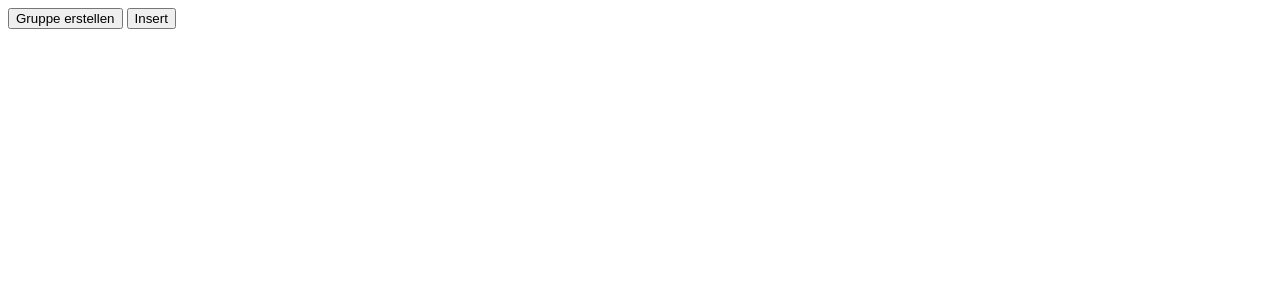
Repository: ubermanalex/DjCrowd
Page: ScaleYourFriends/online_home.html
These files come from the project's save history. The page is drawn as it stood at one moment and after the next save; the edit follows.
The browser window is 1280 px wide. The pictures show the whole page.

Above is the page before, as saved 2013-06-11 13:12:48.

### ScaleYourFriends/online_home.html
<!--<ul data-role="listview" data-filter="true">
<li>
<a href="group.html" data-transition="slide">
<h1>Coole Gruppe</h1>
<img src="http://s2.favim.com/orig/37/best-friends-cute-finger-hand-love-Favim.com-302503.jpg">
<p>Erika Mustermann, Alexander Vielhauer</p>
</a>
</li>
<li>
<a href="group.html" data-transition="slide">
<img src="http://www.automation-news.de/gruppe1.gif">
<h1>Gruppe1</h1>
<p>Norine,Kirstin,Steffi,Alex</p>
</a>
</li>
<li>
<a href="group.html" data-transition="slide">
<img src="http://i44.tinypic.com/5eu812_th.png">
<h1>Gruppe2</h1>
<p>Peter</p>
</a>
</li>
</ul>-->
<form>

	<!-- Change "<li>test</li>" to whatever you want -->
	<!-- Change "0" to which list item to insert before (starts at 0, not 1) -->


	<input value="Gruppe erstellen" onClick="insertItem('thumbs',0)" type="submit">
	<input type='button' value='Insert' onClick="insertItem('thumbs',0)">

	<ul id="thumbs">

	</ul>

</form>

<script language="javascript">

	function insertItem(myid, position) {
		var groupname = prompt("Bitte Gruppennamen eingeben.")

		sock.send(groupname);

		var ul = document.getElementById(myid);
		var li = document.createElement("li");
		li.innerHTML = '<li>'+groupname+'</li>';
		ul.insertBefore(li, ul.getElementsByTagName("li")[position]);
	}


</script>

After the next save:
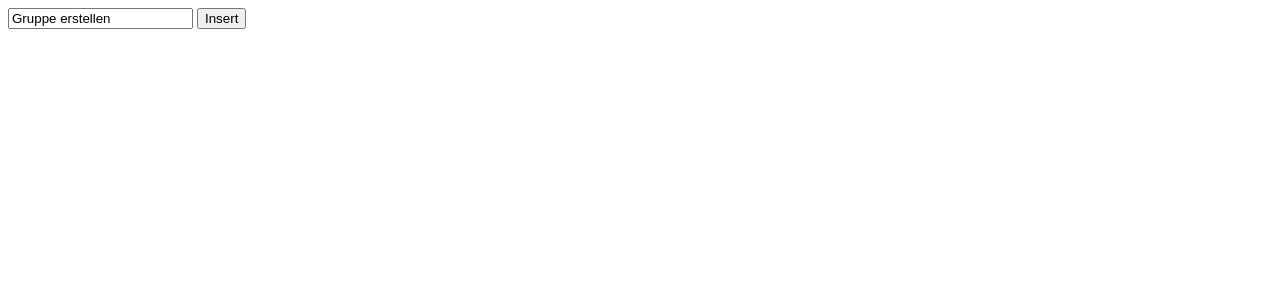
Saved 25 s later.
--- a/ScaleYourFriends/online_home.html
+++ b/ScaleYourFriends/online_home.html
@@ -27,7 +27,7 @@
 	<!-- Change "0" to which list item to insert before (starts at 0, not 1) -->
 
 
-	<input value="Gruppe erstellen" onClick="insertItem('thumbs',0)" type="submit">
+	<input value="Gruppe erstellen" onClick="insertItem('thumbs',0)">
 	<input type='button' value='Insert' onClick="insertItem('thumbs',0)">
 
 	<ul id="thumbs">

After the save that followed:
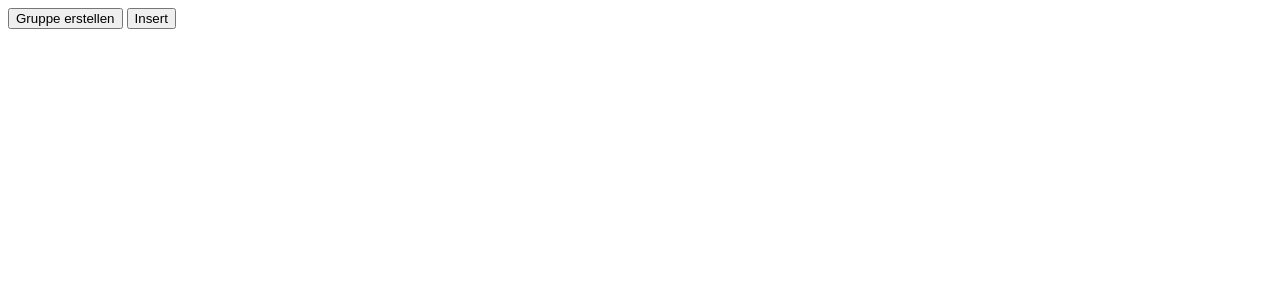
Saved 21 s later.
--- a/ScaleYourFriends/online_home.html
+++ b/ScaleYourFriends/online_home.html
@@ -27,7 +27,7 @@
 	<!-- Change "0" to which list item to insert before (starts at 0, not 1) -->
 
 
-	<input value="Gruppe erstellen" onClick="insertItem('thumbs',0)">
+	<input type='button' value="Gruppe erstellen" onClick="insertItem('thumbs',0)">
 	<input type='button' value='Insert' onClick="insertItem('thumbs',0)">
 
 	<ul id="thumbs">
